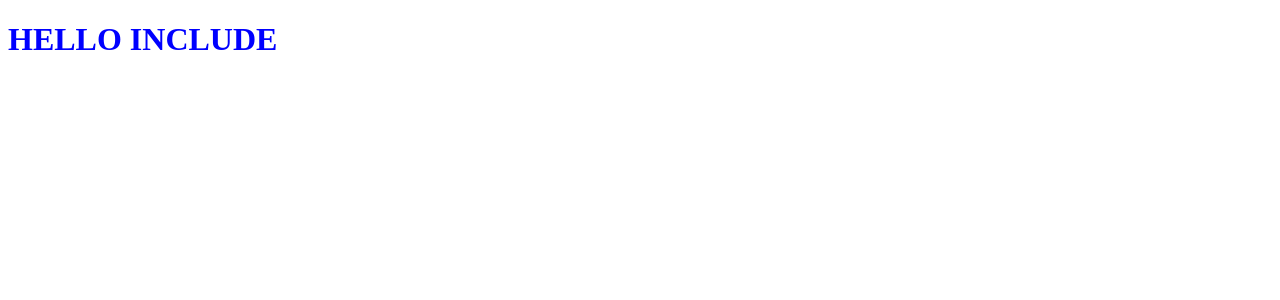
Repository: poomshen/team_03_project2
Page: Web_Jquery/WebContent/Ex02_Jquery_Down.html
An editor plug-in stored every save of this project. The page is shown before and after the next save, followed by the edit.
The browser window is 1280 px wide. The pictures show the whole page.

Above is the page before, as saved 2016-09-01 06:40:53.

### Web_Jquery/WebContent/Ex02_Jquery_Down.html
<!DOCTYPE html>
<html>
<head>
<meta charset="UTF-8">
<title>Insert title here</title>
<script src="script/jquery-3.1.0.js"></script>
<script type="text/javascript">
 $(document).ready(function() {
 	$('h1').css("color" ,"blue");
 })
</script>
</head>
<body>
	<h1>HELLO INCLUDE</h1>
</body>
</html>

Loaded but not shown: Web_Jquery/WebContent/script/jquery-3.1.0.js (library)

After the next save:
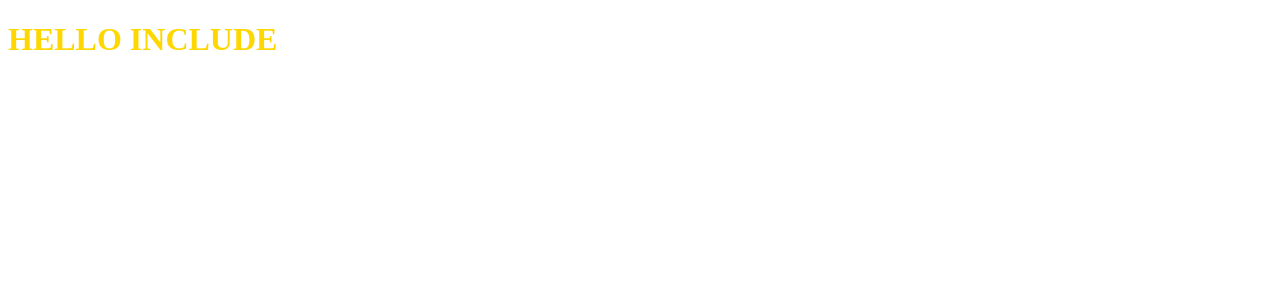
Saved 2 min 14 s later.
--- a/Web_Jquery/WebContent/Ex02_Jquery_Down.html
+++ b/Web_Jquery/WebContent/Ex02_Jquery_Down.html
@@ -5,8 +5,13 @@
 <title>Insert title here</title>
 <script src="script/jquery-3.1.0.js"></script>
 <script type="text/javascript">
- $(document).ready(function() {
+ /* $(document).ready(function() {
  	$('h1').css("color" ,"blue");
+ }) */
+
+ //단축 표현
+ $(function(){
+	 $('h1').css("color" ,"gold");
  })
 </script>
 </head>
